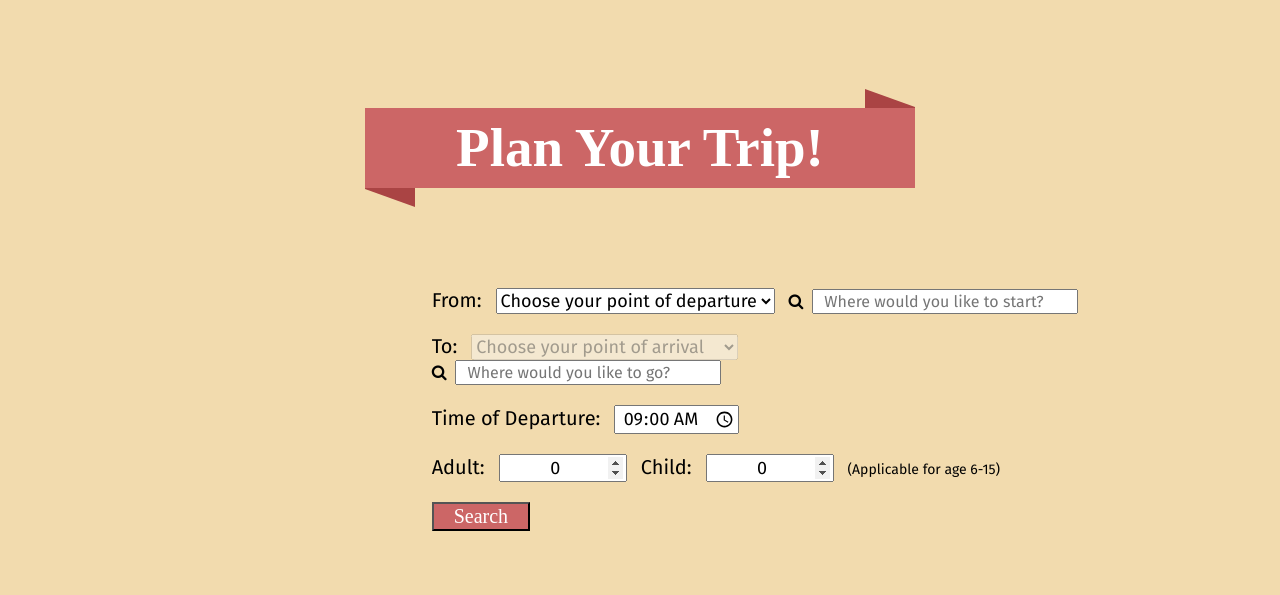
Repository: bbh0607/bae_dNation
Page: public/index.html
The author's editor kept a copy of each file at every save. The page is drawn from the files as they stood at one save, then again after the next save.
The browser window is 1280 px wide. The pictures show the whole page.
Some web fonts or font styles are not loaded; a fallback is used.

Above is the page before, as saved 2020-02-01 15:58:45.

### public/index.html
<!DOCTYPE html>
<html lang="en">
  <head>
    <meta charset="UTF-8" />
    <link rel="stylesheet" type="text/css" href="./css/style.css" />
    <link rel="stylesheet" href="https://fonts.googleapis.com/css?family=Fira+Sans">
    <link rel="stylesheet" href="https://cdnjs.cloudflare.com/ajax/libs/font-awesome/4.7.0/css/font-awesome.min.css">
    <script src="js/script.js"></script>
    <title>My Website</title>
  </head>
  <body>
    <h1>Plan Your Trip!</h1>
    <form action="result.html" method="POST">
      <ul>
        <li>
          <label for="from">From:</label>
          <select id="fromSelect" name="from" onchange="removeDuplicate(this)" required>
            <option value="DEFAULT" selected disabled hidden>Choose your point of departure</option>
            <option value="KLIA">KLIA (KL International Airport)</option>
            <option value="KLIA2">KLIA2 (Airport Terminal 2)</option>
            <option value="SENTRAL">KL Sentral</option>
            <option value="OTHER">Other..</option>
          </select>
          <i class="fromSearch" >
            <i class="fa fa-search icon"></i>
            <input type="text" name="search" placeholder="Where would you like to start?">
          </i>
        </li>
        <li>
          <label for="to">To:</label>
          <select id="toSelect" name="to" onchange="removeDuplicate(this)" disabled required>
            <option value="DEFAULT" selected disabled hidden>Choose your point of arrival</option>
            <option value="KLIA">KLIA (KL International Airport)</option>
            <option value="KLIA2">KLIA2 (Airport Terminal 2)</option>
            <option value="SENTRAL">KL Sentral</option>
            <option value="OTHER">Other..</option>
          </select>
          <div class="toSearch" >
            <i class="fa fa-search icon"></i>
            <input type="text" name="search" placeholder="Where would you like to go?">
          </div>
        </li>
        <li>
          <label for="deptime">Time of Departure:</label>
          <input type="time" id="deptime" name="deptime" value="09:00" required>
        </li>
        <li>
          <label for="adult">Adult:</label>
          <input type="number" id="adult" name="adult" value="0" min='0' required>
          <label for="child">Child:</label>
          <input type="number" id="child" name="child" value="0" min='0' required>
          <small>(Applicable for age 6-15)</small>
        </li>
        <li>
          <input type="submit" value="Search">
        </li>
      </ul>
    </form a>
  </body>
</html>

### public/css/style.css
/* body {
  background-color: aquamarine;
} */

@import url(https://fonts.googleapis.com/css?family=Patua+One);

body {
  background-color:#F2DBAE;
  align-content: center;
}

h1 {
  background-color:#c66;
  width:550px; height:80px;
  line-height:80px;
  font-size:55px;
  text-align:center;
  position:relative;
  margin:100px auto;
  font-family: 'Patua One', cursive;
  color:#fff;
  }

h1:before, h1:after {
  background-color:#a44;
  width:50px; height:80px;
  content:'';
  display:block;
  transform:skewY(20deg);
  position:absolute;
  z-index:-1;
}

h1:before {top:10px; left:0; }
h1:after {top:-10px; right:0; }

label {
  font-size: 20px;
  font-family: "Fira Sans", sans-serif;
  margin-right: 10px;
}

ul {
  list-style-type: none;
  justify-self: center;
  margin-left: 200px;
}

li {
  margin-top: 20px;
}

select {
  font-family: "Fira Sans", sans-serif;
  font-size: 18px;
  margin-right: 10px;
}

input[type="submit"]{
  background-color: #c66;
  color: #fff;
  font-size: 20px;
  font-family: 'Patua One', cursive;
  padding-left: 20px;
  padding-right: 20px;
}

input[type="time"], input[type="number"]{
  width: 120px;
  text-align: center;
  font-family: "Fira Sans", sans-serif;
  font-size: 18px;
  margin-right: 10px;
}

input[type="text"] {
  width: 250px;
  font-family: "Fira Sans", sans-serif;
  font-size: 16px;
  margin-right: 10px;
  padding-left: 10px;
}

small {
  font-family: "Fira Sans", sans-serif;
  font-size: 14px;
}

input[type='number']::-webkit-inner-spin-button,
input[type='number']::-webkit-outer-spin-button {
    opacity: 1;
}

input[type='time']::-webkit-inner-spin-button,
input[type='time']::-webkit-outer-spin-button {
    opacity: 1;
}

.icon{
  margin-right: 5px;
}

### public/js/script.js
function removeDuplicate(element) {
    const changedId = element.id;
    const comparisonId = changedId == 'fromSelect'? 'toSelect': 'fromSelect';
    const changed = document.getElementById(changedId);
    const compare = document.getElementById(comparisonId);

    if (
      changed.options[changed.selectedIndex].value ===
      compare.options[compare.selectedIndex].value
    ) compare.value="DEFAULT"

    document.getElementById(comparisonId).disabled = false;
}

After the next save:
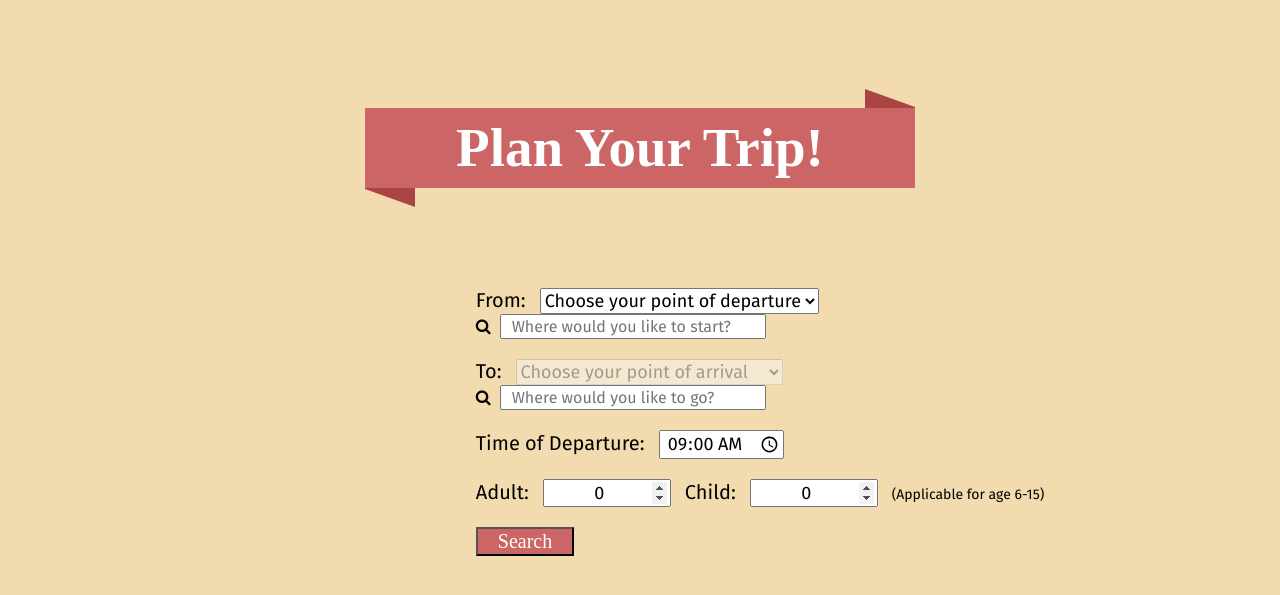
Saved 6 s later.
--- a/public/index.html
+++ b/public/index.html
@@ -21,10 +21,10 @@
             <option value="SENTRAL">KL Sentral</option>
             <option value="OTHER">Other..</option>
           </select>
-          <i class="fromSearch" >
+          <div class="fromSearch" >
             <i class="fa fa-search icon"></i>
             <input type="text" name="search" placeholder="Where would you like to start?">
-          </i>
+          </div>
         </li>
         <li>
           <label for="to">To:</label>
